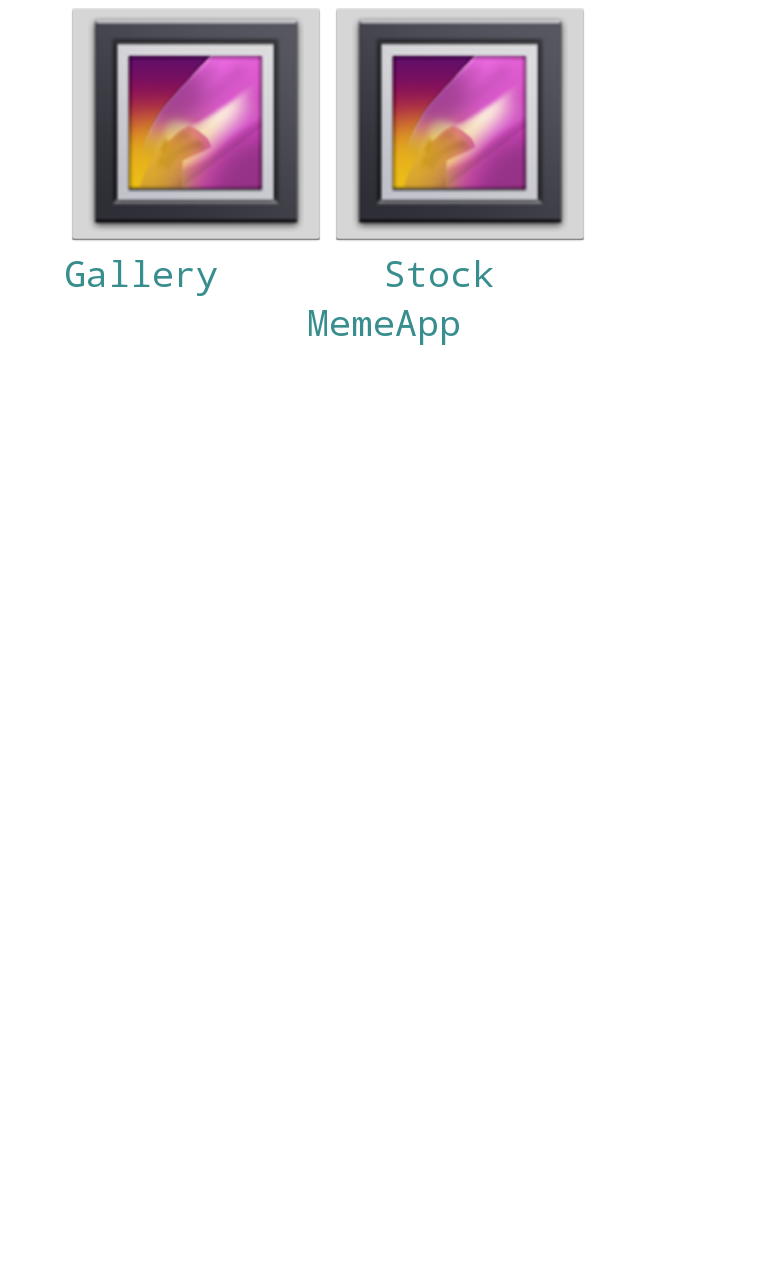
Repository: njb26/3093_Software_Engineering_2013
Layout: app/workspace/MemeApp/res/layout/activity_selection.xml
An editor plug-in stored every save of this project. The layout is shown before and after the next save, followed by the edit.
It is drawn on a 768 x 1280 px phone screen (xhdpi) without system bars, with theme AppTheme; the app's code is not run.

Above is the layout before, as saved 2013-05-23 21:33:57.

After the next save:
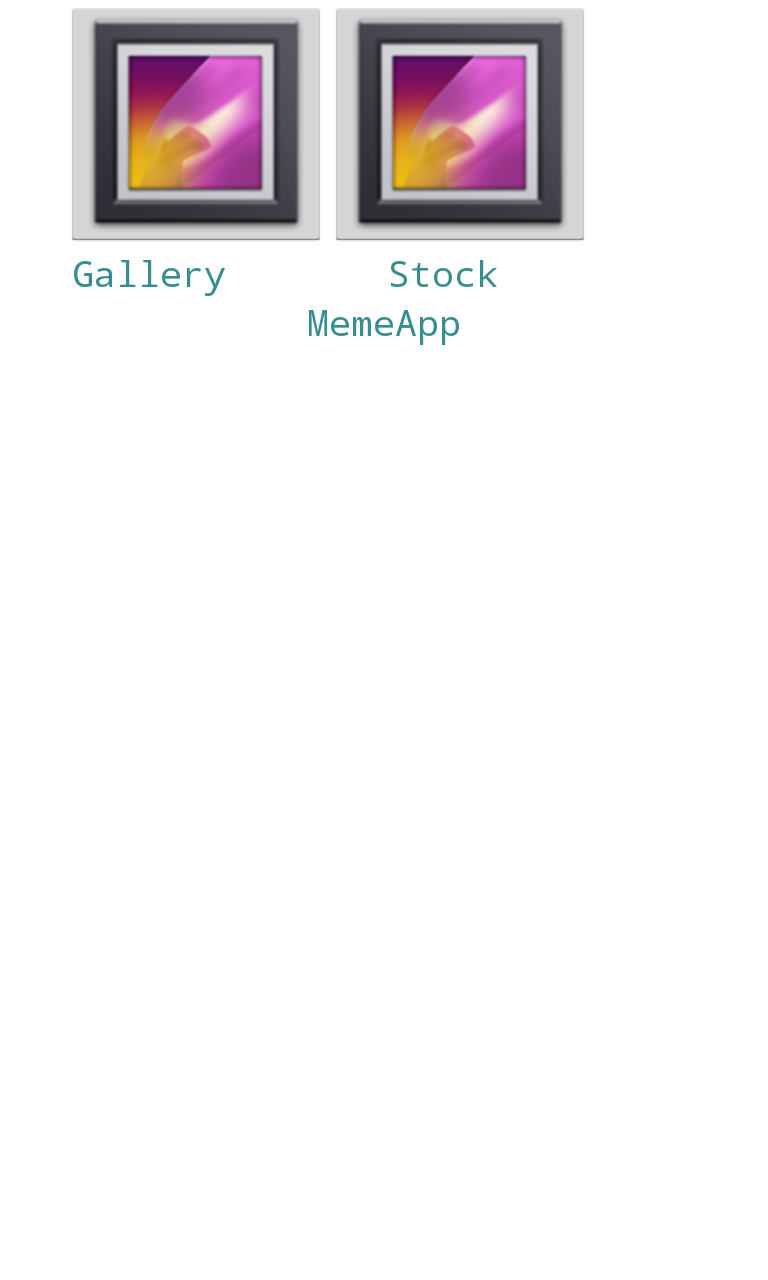
Saved 31 s later.
--- a/app/workspace/MemeApp/res/layout/activity_selection.xml
+++ b/app/workspace/MemeApp/res/layout/activity_selection.xml
@@ -30,17 +30,17 @@
      <LinearLayout
    	    android:layout_width="match_parent"
     	android:layout_height="wrap_content"
-    	android:paddingLeft="16dp"
+    	android:paddingLeft="20dp"
     	android:paddingRight="16dp"
     	android:orientation="horizontal">
     	<TextView
         style="@style/StandardFont"
-        android:layout_weight="2"
+        android:layout_weight="1"
 
         android:text="@string/gallery" />
     	<TextView
         style="@style/StandardFont"
-        android:layout_weight="2"
+        android:layout_weight="1"
 
         android:text="@string/stock" />
    	</LinearLayout>
